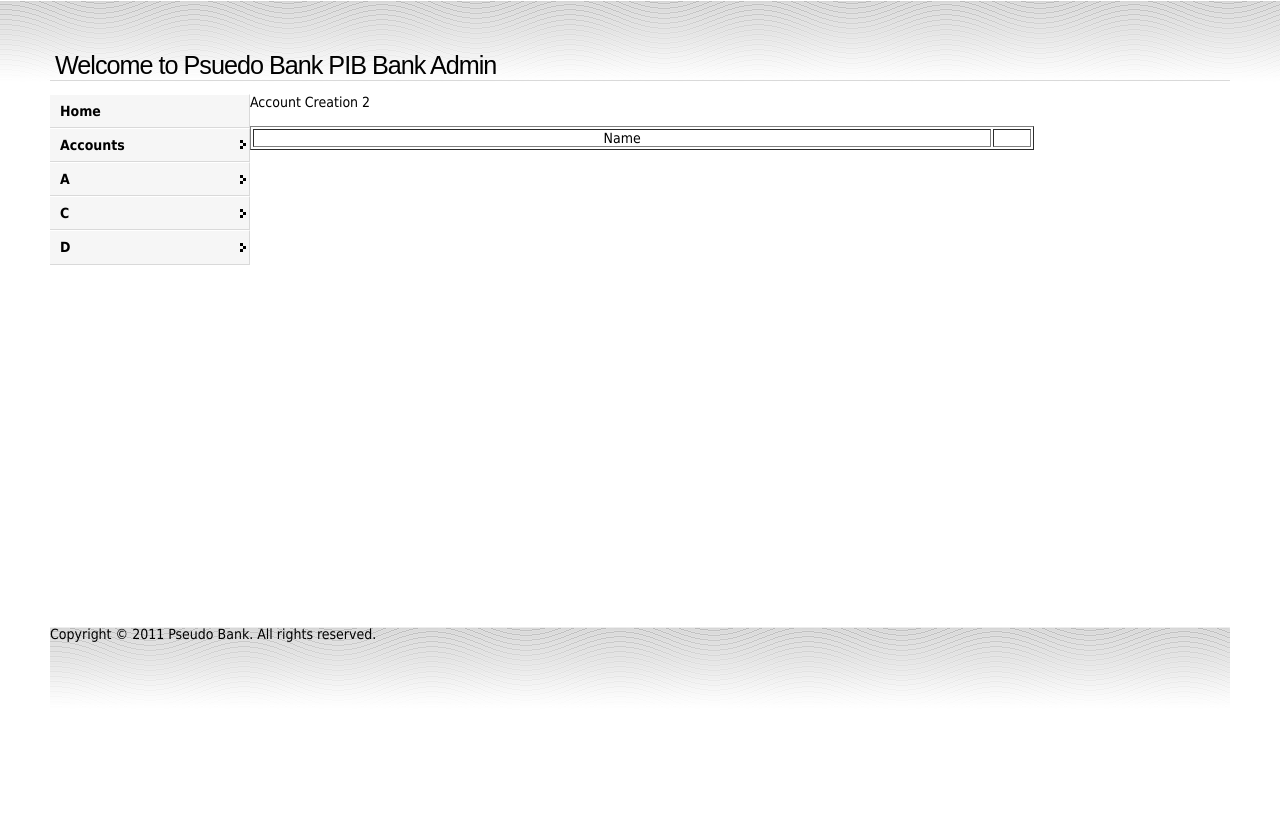
Repository: hareth12/Final-Year-Project
Page: http://localhost/bankAdmin/Account/accountCreation2.jsp
These files come from the project's save history. The page is drawn as it stood at one moment and after the next save; the edit follows.
The browser window is 1280 px wide. The pictures show the whole page.
The page is served by Tomcat 9.

Above is the page before, as saved 2011-09-30 04:27:03.

After the next save:
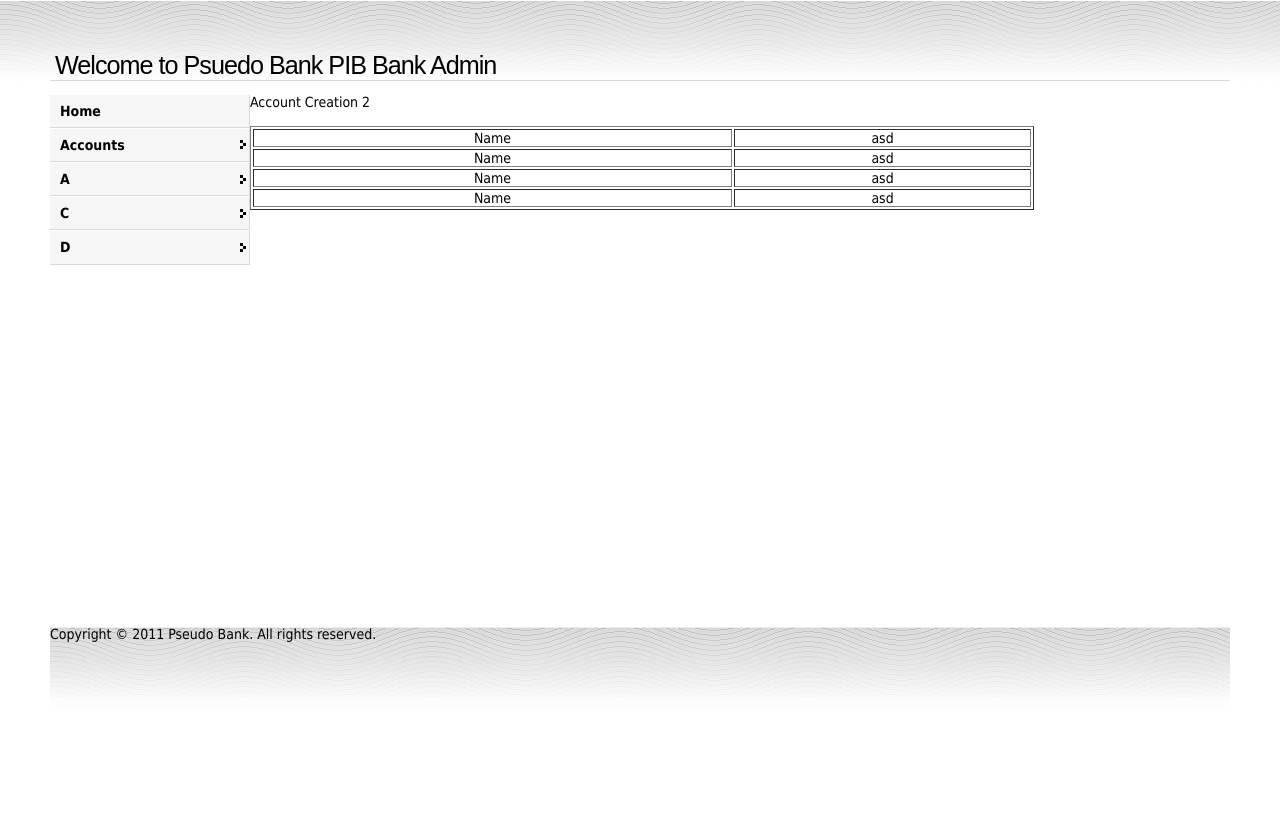
Saved 20 s later.
--- a/bankAdmin/WebContent/Account/accountCreation2.jsp
+++ b/bankAdmin/WebContent/Account/accountCreation2.jsp
@@ -67,7 +67,16 @@
 		<table style="text-align: center; width: 80%;" border="1" cellpadding="2" cellspacing="2">
 		<tbody>
 			<tr>
-			<td>Name </td><td>    </td>
+			<td>Name </td><td> asd   </td>
+			</tr>
+			<tr>
+			<td>Name </td><td> asd   </td>
+			</tr>
+			<tr>
+			<td>Name </td><td> asd   </td>
+			</tr>
+			<tr>
+			<td>Name </td><td> asd   </td>
 			</tr>
 
 
